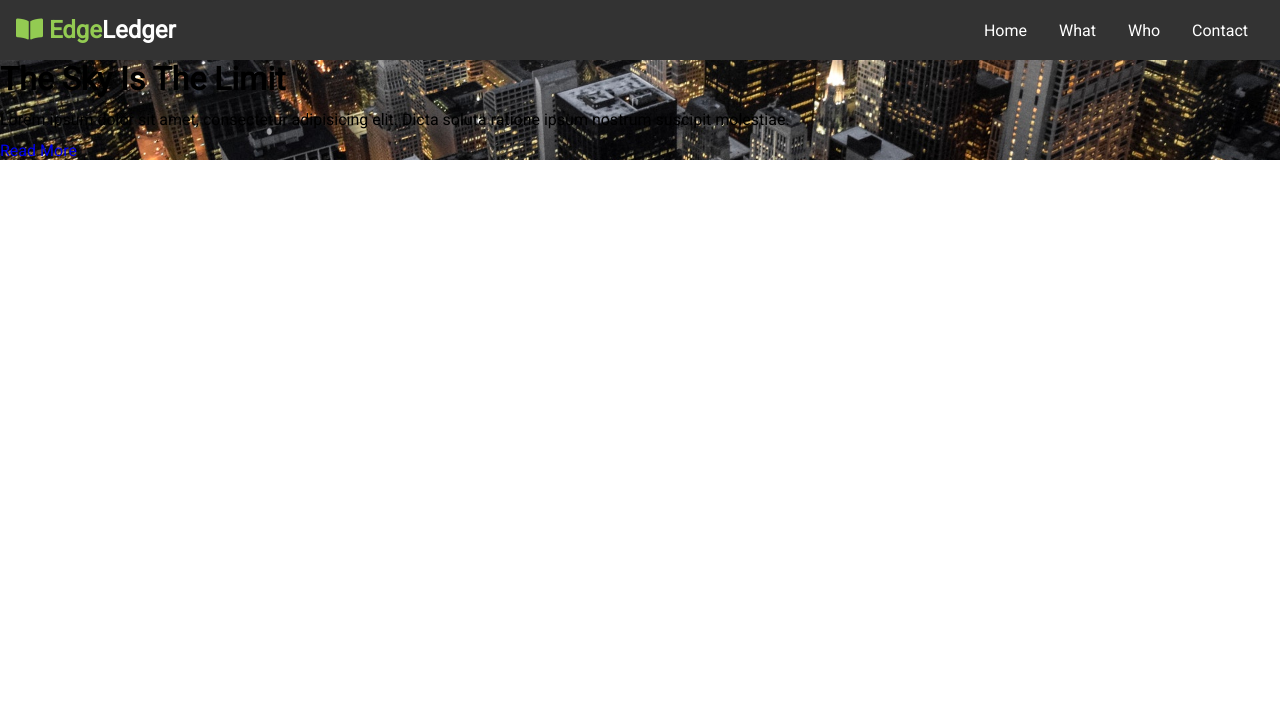
Repository: dimlutine/EdgeLedger
Page: index.html
The author's editor kept a copy of each file at every save. The page is drawn from the files as they stood at one save, then again after the next save.
The browser window is 1280 px wide. The pictures show the whole page.
Some web libraries are served in a nearby version.

Above is the page before, as saved 2019-07-06 18:48:14.

After the next save:
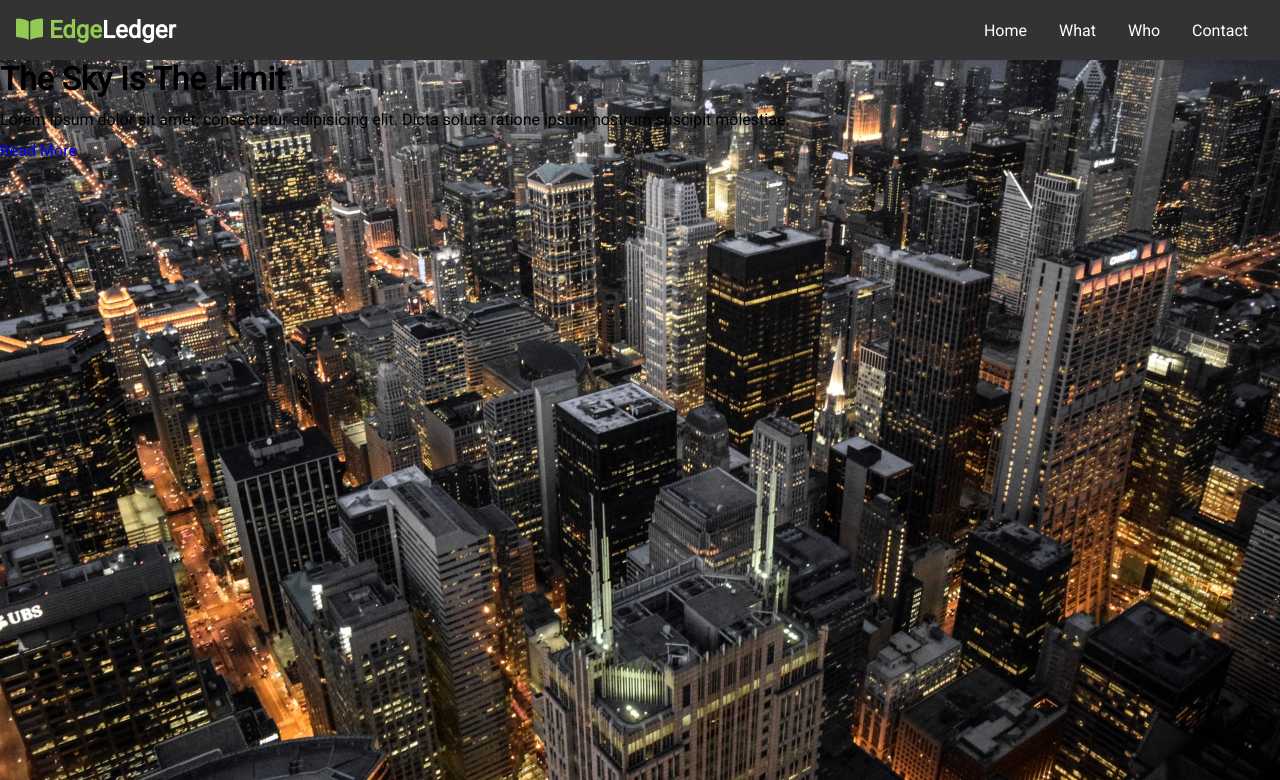
Saved 6 s later.
--- a/css/style.css
+++ b/css/style.css
@@ -59,5 +59,5 @@
 
 #showcase {
     background: #333 url(../img/showcase.jpg) no-repeat center center/cover;
-    height: 100hv;
+    height: 100vh;
 }
